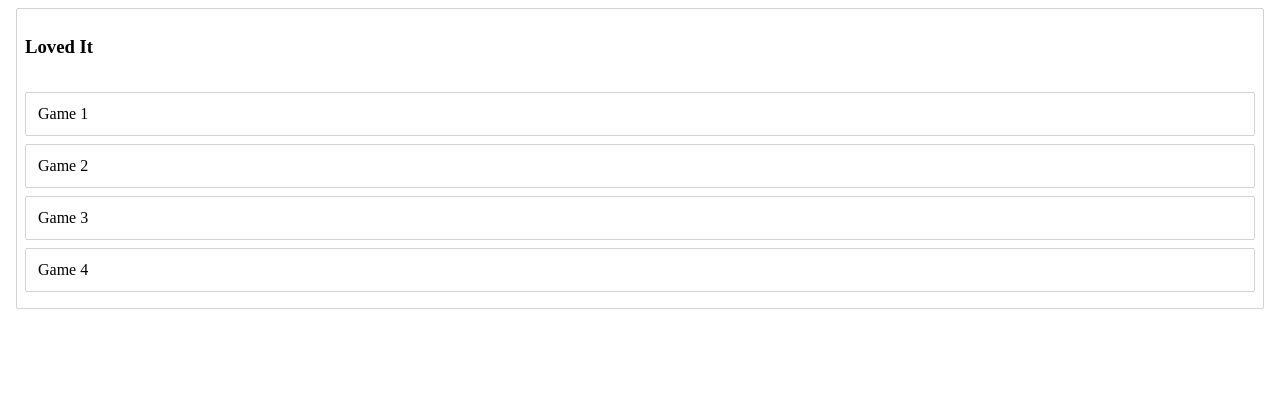
Repository: akiachenise/akiachenise.github.io
Page: / (app in JackboxGames_TierList_vanilla/tier-ranking/tier-list-app/)
An editor plug-in stored every save of this project. The page is shown before and after the next save, followed by the edit.
The browser window is 1280 px wide. The pictures show the whole page.
The project was rebuilt for these pictures with package versions that can differ from the ones it lists, and the page was loaded fresh each time.

Above is the page before, as saved 2022-11-29 18:27:26.

After the next save:
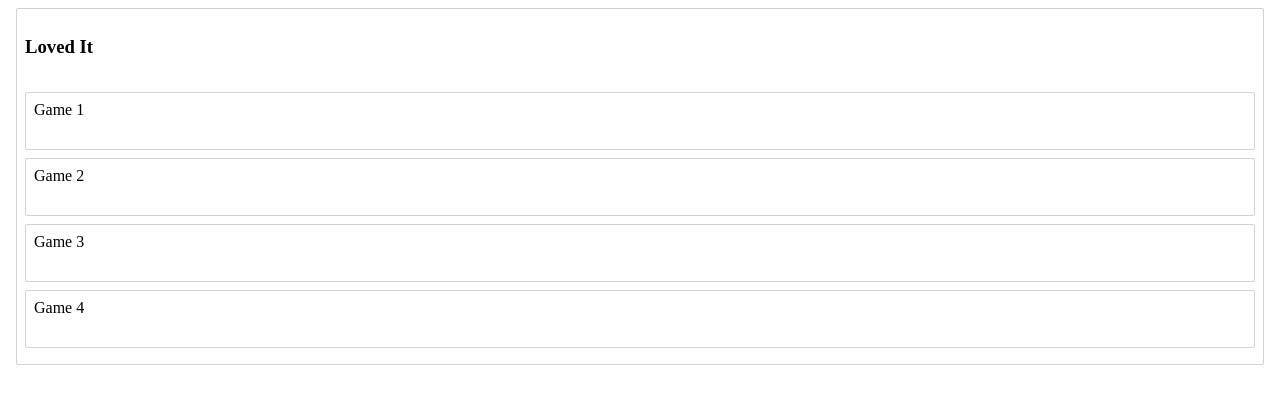
Saved 2 min 11 s later.
--- a/JackboxGames_TierList_vanilla/tier-ranking/tier-list-app/src/task.jsx
+++ b/JackboxGames_TierList_vanilla/tier-ranking/tier-list-app/src/task.jsx
@@ -5,7 +5,8 @@ import { Draggable } from 'react-beautiful-dnd';
 const Container = styled.div`
   border: 1px solid lightgrey;
   border-radius: 2px;
-  padding: 12px;
+  padding: 8px;
+  min-height: 40px;
   margin-bottom: 8px;
   background-color: white;
 `;
